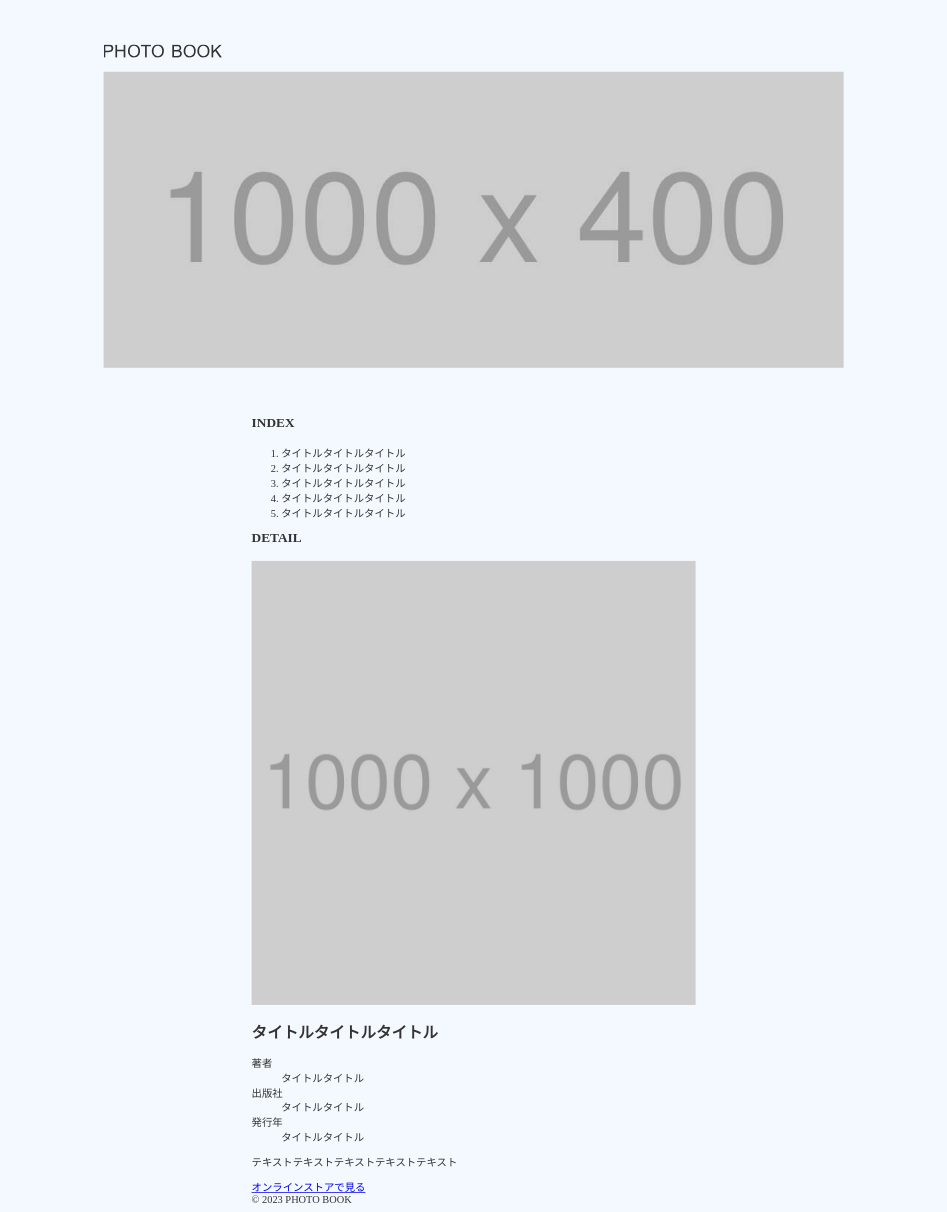
Repository: Fuki-san/photo-book-1
Page: http://localhost/photo
The author's editor kept a copy of each file at every save. The page is drawn from the files as they stood at one save, then again after the next save.
The browser window is 1280 px wide. The pictures show the whole page, at 74% of full size.
The page is served by the project's Laravel application, run on PHP 8.4 with Laravel 10. Other server files are loaded and not shown.

Above is the page before, as saved 2023-11-29 18:00:54.

### routes/web.php
<?php

use Illuminate\Support\Facades\Route;

/*
|--------------------------------------------------------------------------
| Web Routes
|--------------------------------------------------------------------------
|
| Here is where you can register web routes for your application. These
| routes are loaded by the RouteServiceProvider and all of them will
| be assigned to the "web" middleware group. Make something great!
|
*/

Route::get('/', function () {
    return view('welcome');
});

Route::get('photo', function () {
    return view('photo');
});

### resources/views/photo.blade.php
@extends('layouts.main')

@section('title', 'photo')

@section('content')
    <div class="container">
        <header id="header">
            <h1 class="site-title"><a href="#"><img src="img/logo.svg" alt=""></a></h1>

        </header>

        <main>
            <div id="mainvisual">
                <img src="img/mainvisual.jpg" alt="">
            </div>
            <section id="index">
                <div class="inner">
                    <h2 class="sec-title">INDEX</h2>
                    <ol class="index-list">
                        <li>タイトルタイトルタイトル</li>
                        <li>タイトルタイトルタイトル</li>
                        <li>タイトルタイトルタイトル</li>
                        <li>タイトルタイトルタイトル</li>
                        <li>タイトルタイトルタイトル</li>
                    </ol>
                </div>
            </section>

            <section id="detail">
                <div class="inner">
                    <h2 class="sec-title">DETAIL</h2>
                    <div class="content">
                        <img src="img/detail.jpg" alt="">
                        <div class="text">
                            <h2 class="title">タイトルタイトルタイトル</h2>
                            <dl>
                                <dt>著者</dt>
                                <dd>タイトルタイトル</dd>
                                <dt>出版社</dt>
                                <dd>タイトルタイトル</dd>
                                <dt>発行年</dt>
                                <dd>タイトルタイトル</dd>
                            </dl>
                            <p>テキストテキストテキストテキストテキスト</p>
                            <a rel="noopener noreferrer" class="link" target="_blank" href="#">オンラインストアで見る</a>
                        </div>
                    </div>
                </div>
            </section>
        </main>

        <footer id="footer">
            <p class="inner">&copy; 2023 PHOTO BOOK</p>
        </footer>

    </div>
@endsection

### resources/views/layouts/main.blade.php
<!DOCTYPE html>
<html lang="ja">
<head>
    <meta charset="UTF-8">
    <meta name="viewport" content="width=device-width, initial-scale=1.0">
    <meta http-equiv="X-UA-Compatible" content="ie=edge">
    <link rel="stylesheet" href="{{ asset('css/reset.css') }}">
    <link rel="stylesheet" href="{{ asset('css/style.css') }}">
    <link rel="icon" href="img/favicon.ico">
    <title>@yield('title')</title>
</head>
<body>
    @yield('content')
</body>
</html>

### public/css/style.css
@charset "utf-8";

html{
    font-size: 100%;
}
body{
    font-size: 0.875rem;
    color: #333;
    background-color: #f4f9ff;
}
img{
    max-width: 100%;
    /* 画像は文字みたいに最初からサイズが決まっているわけではないので、
    (厳密にいえばテキストも同様で○○remと相対的なサイズにする)小さい画面サイズで
    はみ出したり、大きい画面サイズで余白ができるほど小さい画像にならないように、
    レスポンシブデザインを活かすため、max-width100%をしている */
}
.container{
    /* つまり.containerの子要素は本来、子のブロック要素は親要素と同じ幅になってmarigin autoなんて
    効かないが、1000pxの幅を超えたときに、containerがインライン要素と同じ感じに
    (block要素の幅100%でなく)1000pxという幅を持ち始め、それよりも大きい外側の部分を調整して
    marigin autoが効き、真ん中に来るようになる。
    端的に言えば↓の2つのコードは、幅が1000pxを超えたときに要素が真ん中に来るようにすること */
    /* .containerにも.innerにもmax-widthをする理由は、.innerの幅は
    .containerの1000pxを超えることがないが、それを超えて例えば1200pxのとき、
    .containerは200px分marginを取る。子のsection index(containerと同じ幅)も同様に1000pxcontentになり200px分は
    marginになる。このときでもinnerは600pxの幅を保ち、親のsection(1000px)に対して400px(左右200pxずつ)
    marginを取り、残りの200pxはそもそも範囲外でmarginでさえ対象外だから関係なし。
    つまり最初真ん中にindex要素を配置したいな→indexは600pxまでmainvisualと同じ幅で
    それ以上は画像だけ幅が伸びていく形(T型見たいなデザイン)にしようかな...でmax-widthとmargin autoが決まる */
    max-width: 1000px;
    margin: 0 auto;
}
.inner{
    margin: 0 auto;
    max-width: 600px;
}
.sec-title{
    font-size: 1.125rem;
    font-weight: bold;
    margin-bottom: 20px;
}
/* header */

#header{
    margin-top: 60px;
}
#header .site-title{
    width: 160px;
    /* h1の高さをaやimgと合わせるため。 */
    line-height: 1px;
}
#header a{
    /* h1の範囲をaと合わせるため。これで */
    display: block;
}
/* main */
#mainvisual{
    margin-bottom: 60px;
}
#mainvisual img{
    width: 100%;
}
#index .content{

}

### public/img/logo.svg
<?xml version="1.0" encoding="utf-8"?>
<!-- Generator: Adobe Illustrator 15.1.0, SVG Export Plug-In . SVG Version: 6.00 Build 0)  -->
<!DOCTYPE svg PUBLIC "-//W3C//DTD SVG 1.1//EN" "http://www.w3.org/Graphics/SVG/1.1/DTD/svg11.dtd">
<svg version="1.1" id="レイヤー_1" xmlns="http://www.w3.org/2000/svg" xmlns:xlink="http://www.w3.org/1999/xlink" x="0px"
	 y="0px" width="1400px" height="156px" viewBox="0 0 1400 156" enable-background="new 0 0 1400 156" xml:space="preserve">
<g>
	<path fill="#333333" d="M0,152.092V2.65h56.373c9.92,0,17.498,0.477,22.731,1.428c7.34,1.223,13.49,3.552,18.451,6.982
		c4.96,3.433,8.953,8.241,11.978,14.425c3.022,6.185,4.536,12.98,4.536,20.387c0,12.709-4.043,23.463-12.129,32.264
		c-8.09,8.802-22.699,13.202-43.834,13.202h-38.33v60.754H0z M19.775,73.702h38.636c12.775,0,21.847-2.379,27.217-7.136
		c5.369-4.757,8.053-11.451,8.053-20.082c0-6.252-1.581-11.604-4.741-16.056c-3.16-4.45-7.324-7.391-12.487-8.817
		c-3.33-0.883-9.481-1.325-18.452-1.325H19.775V73.702z"/>
	<path fill="#333333" d="M139.859,152.092V2.65h19.776v61.367h77.677V2.65h19.775v149.441h-19.775V81.652h-77.677v70.439H139.859z"
		/>
	<path fill="#333333" d="M288.174,79.309c0-24.805,6.66-44.224,19.98-58.258C321.473,7.019,338.667,0,359.735,0
		c13.795,0,26.232,3.298,37.309,9.889c11.076,6.593,19.521,15.784,25.332,27.574c5.811,11.791,8.716,25.163,8.716,40.112
		c0,15.155-3.059,28.713-9.175,40.674c-6.116,11.961-14.781,21.016-25.993,27.166c-11.214,6.15-23.311,9.226-36.291,9.226
		c-14.067,0-26.641-3.398-37.717-10.194c-11.079-6.794-19.471-16.071-25.179-27.829C291.029,104.86,288.174,92.425,288.174,79.309z
		 M308.562,79.614c0,18.01,4.843,32.197,14.527,42.559c9.684,10.364,21.831,15.546,36.442,15.546
		c14.884,0,27.131-5.231,36.75-15.699c9.615-10.464,14.423-25.313,14.423-44.546c0-12.165-2.057-22.784-6.167-31.856
		c-4.112-9.071-10.126-16.106-18.043-21.101c-7.917-4.995-16.804-7.493-26.656-7.493c-14,0-26.046,4.81-36.137,14.425
		C313.608,41.065,308.562,57.121,308.562,79.614z"/>
	<path fill="#333333" d="M490.425,152.092V20.286h-49.237V2.65h118.451v17.636h-49.439v131.806H490.425z"/>
	<path fill="#333333" d="M570.14,79.309c0-24.805,6.658-44.224,19.979-58.258C603.438,7.019,620.632,0,641.7,0
		c13.794,0,26.23,3.298,37.309,9.889c11.076,6.593,19.522,15.784,25.331,27.574c5.813,11.791,8.717,25.163,8.717,40.112
		c0,15.155-3.059,28.713-9.176,40.674c-6.114,11.961-14.779,21.016-25.992,27.166s-23.311,9.226-36.291,9.226
		c-14.068,0-26.641-3.398-37.717-10.194c-11.078-6.794-19.47-16.071-25.179-27.829C572.994,104.86,570.14,92.425,570.14,79.309z
		 M590.526,79.614c0,18.01,4.843,32.197,14.527,42.559c9.685,10.364,21.83,15.546,36.442,15.546
		c14.883,0,27.132-5.231,36.748-15.699c9.615-10.464,14.424-25.313,14.424-44.546c0-12.165-2.057-22.784-6.166-31.856
		c-4.113-9.071-10.127-16.106-18.043-21.101c-7.918-4.995-16.804-7.493-26.658-7.493c-14,0-26.044,4.81-36.136,14.425
		C595.572,41.065,590.526,57.121,590.526,79.614z"/>
	<path fill="#333333" d="M812.43,152.092V2.65h56.066c11.416,0,20.573,1.514,27.472,4.537c6.896,3.024,12.3,7.68,16.209,13.966
		c3.907,6.286,5.861,12.861,5.861,19.724c0,6.39-1.732,12.404-5.198,18.044c-3.467,5.641-8.7,10.193-15.7,13.659
		c9.039,2.65,15.987,7.172,20.848,13.558c4.857,6.389,7.289,13.933,7.289,22.631c0,7-1.479,13.506-4.435,19.521
		c-2.957,6.016-6.612,10.652-10.958,13.915c-4.352,3.261-9.806,5.726-16.363,7.391c-6.558,1.666-14.593,2.497-24.106,2.497H812.43z
		 M832.206,65.444h32.313c8.768,0,15.053-0.576,18.859-1.733c5.027-1.493,8.818-3.975,11.366-7.439
		c2.548-3.468,3.822-7.815,3.822-13.049c0-4.961-1.188-9.328-3.567-13.099c-2.38-3.773-5.776-6.354-10.192-7.748
		c-4.419-1.393-11.997-2.09-22.733-2.09h-29.868V65.444z M832.206,134.457h37.208c6.386,0,10.872-0.237,13.455-0.715
		c4.552-0.814,8.358-2.173,11.417-4.077c3.058-1.901,5.571-4.672,7.544-8.308c1.971-3.634,2.956-7.832,2.956-12.589
		c0-5.571-1.428-10.414-4.281-14.526c-2.854-4.111-6.814-6.999-11.876-8.665c-5.063-1.664-12.354-2.497-21.865-2.497h-34.558
		V134.457z"/>
	<path fill="#333333" d="M946.479,79.309c0-24.805,6.659-44.224,19.979-58.258C979.776,7.019,996.972,0,1018.039,0
		c13.794,0,26.23,3.298,37.309,9.889c11.077,6.593,19.521,15.784,25.331,27.574c5.812,11.791,8.717,25.163,8.717,40.112
		c0,15.155-3.058,28.713-9.175,40.674s-14.781,21.016-25.994,27.166s-23.311,9.226-36.29,9.226
		c-14.068,0-26.641-3.398-37.717-10.194c-11.078-6.794-19.47-16.071-25.18-27.829C949.332,104.86,946.479,92.425,946.479,79.309z
		 M966.865,79.614c0,18.01,4.842,32.197,14.526,42.559c9.685,10.364,21.83,15.546,36.442,15.546
		c14.884,0,27.133-5.231,36.749-15.699c9.615-10.464,14.424-25.313,14.424-44.546c0-12.165-2.057-22.784-6.166-31.856
		c-4.113-9.071-10.127-16.106-18.044-21.101c-7.917-4.995-16.803-7.493-26.657-7.493c-14.001,0-26.044,4.81-36.136,14.425
		C971.91,41.065,966.865,57.121,966.865,79.614z"/>
	<path fill="#333333" d="M1108.865,79.309c0-24.805,6.66-44.224,19.979-58.258C1142.163,7.019,1159.357,0,1180.426,0
		c13.794,0,26.23,3.298,37.31,9.889c11.076,6.593,19.521,15.784,25.332,27.574c5.811,11.791,8.715,25.163,8.715,40.112
		c0,15.155-3.059,28.713-9.175,40.674c-6.115,11.961-14.779,21.016-25.993,27.166s-23.312,9.226-36.29,9.226
		c-14.068,0-26.642-3.398-37.719-10.194c-11.078-6.794-19.469-16.071-25.177-27.829
		C1111.719,104.86,1108.865,92.425,1108.865,79.309z M1129.254,79.614c0,18.01,4.842,32.197,14.525,42.559
		c9.684,10.364,21.831,15.546,36.442,15.546c14.882,0,27.131-5.231,36.749-15.699c9.615-10.464,14.424-25.313,14.424-44.546
		c0-12.165-2.057-22.784-6.167-31.856c-4.113-9.071-10.127-16.106-18.043-21.101c-7.917-4.995-16.804-7.493-26.658-7.493
		c-13.999,0-26.044,4.81-36.135,14.425C1134.298,41.065,1129.254,57.121,1129.254,79.614z"/>
	<path fill="#333333" d="M1276.45,152.092V2.65h19.776V76.76l74.211-74.109h26.81l-62.691,60.552l65.444,88.89h-26.096
		l-53.213-75.638l-24.465,23.854v51.784H1276.45z"/>
</g>
</svg>

After the next save:
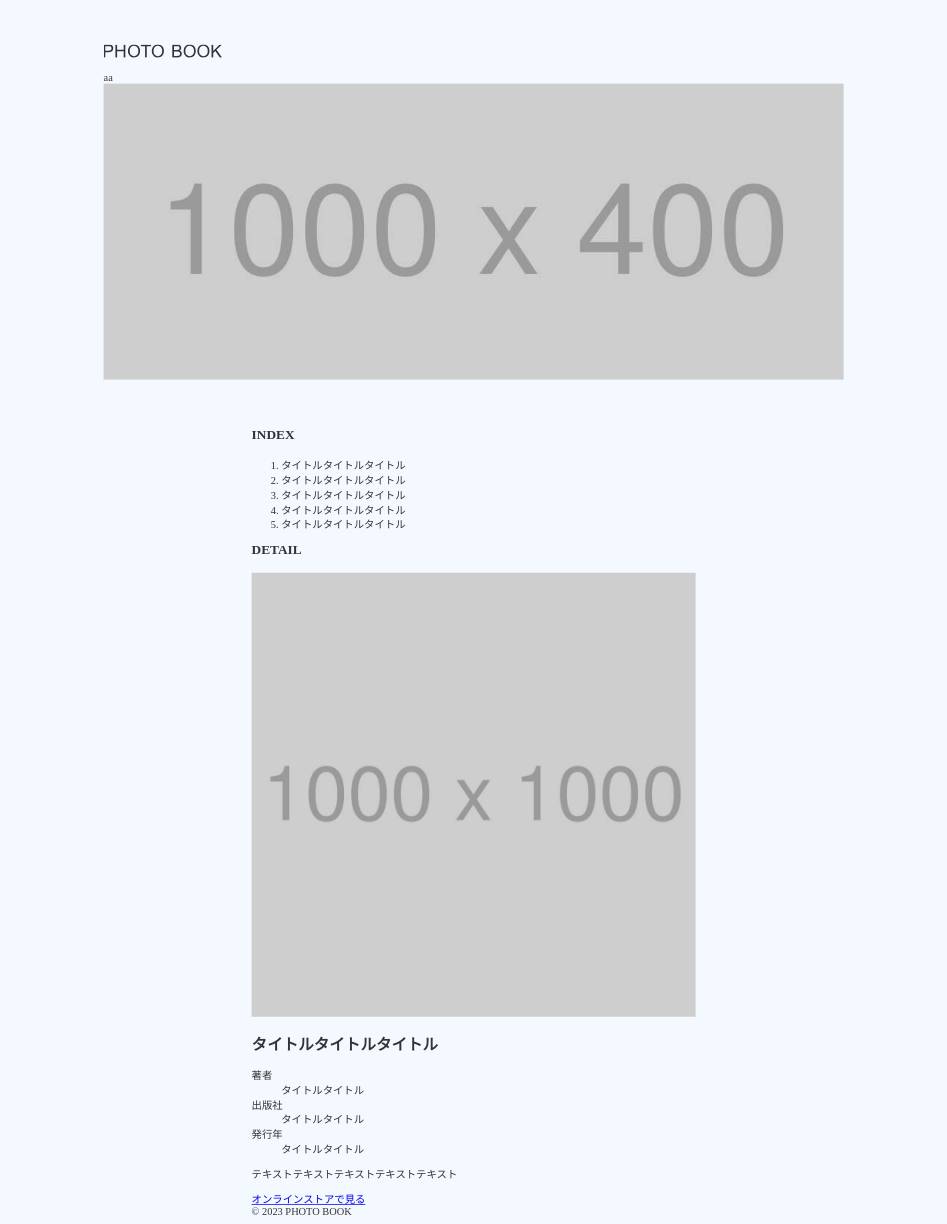
Saved 4 s later.
--- a/resources/views/photo.blade.php
+++ b/resources/views/photo.blade.php
@@ -6,7 +6,7 @@
     <div class="container">
         <header id="header">
             <h1 class="site-title"><a href="#"><img src="img/logo.svg" alt=""></a></h1>
-
+            <span>aa</span>
         </header>
 
         <main>

After the save that followed:
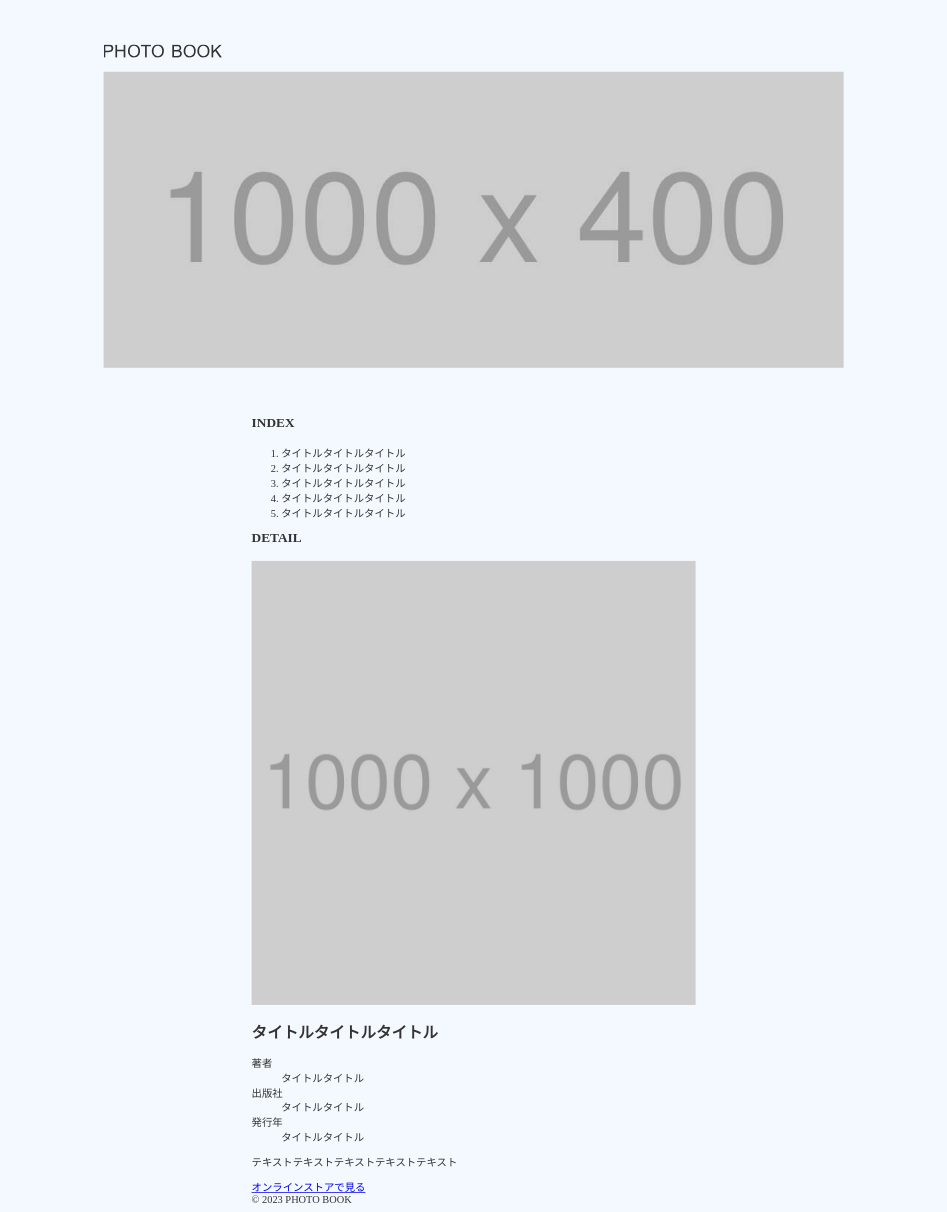
Saved 19 s later.
--- a/resources/views/photo.blade.php
+++ b/resources/views/photo.blade.php
@@ -6,7 +6,7 @@
     <div class="container">
         <header id="header">
             <h1 class="site-title"><a href="#"><img src="img/logo.svg" alt=""></a></h1>
-            <span>aa</span>
+            {{-- <span>aa</span> --}}
         </header>
 
         <main>
